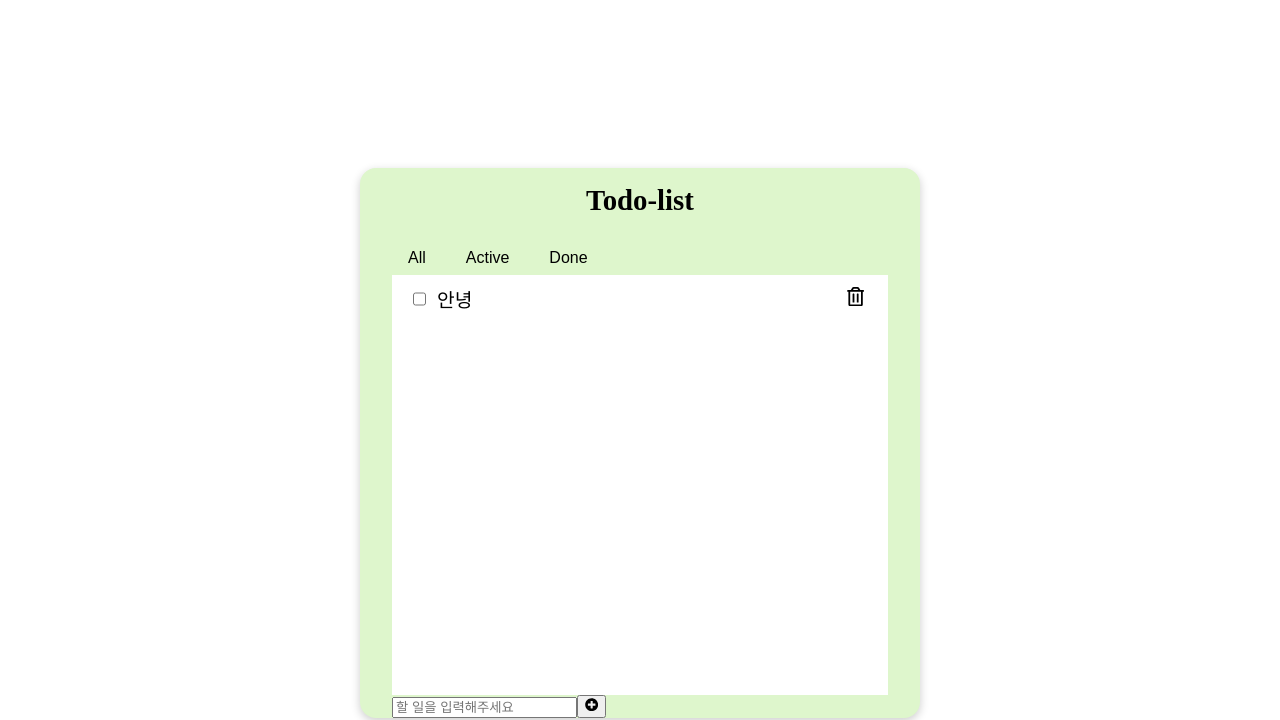
Repository: Yugayoung/todoList
Page: /
These files come from the project's save history. The page is drawn as it stood at one moment and after the next save; the edit follows.
The browser window is 1280 px wide. The pictures show the whole page.
An inner scrolling area shows only its first screen. Some web fonts or font styles are not loaded; a fallback is used. The project was rebuilt for these pictures with package versions that can differ from the ones it lists, and the page was loaded fresh each time. Also part of the build but not shown: src/App.css.

Above is the page before, as saved 2024-03-21 17:22:51.

After the next save:
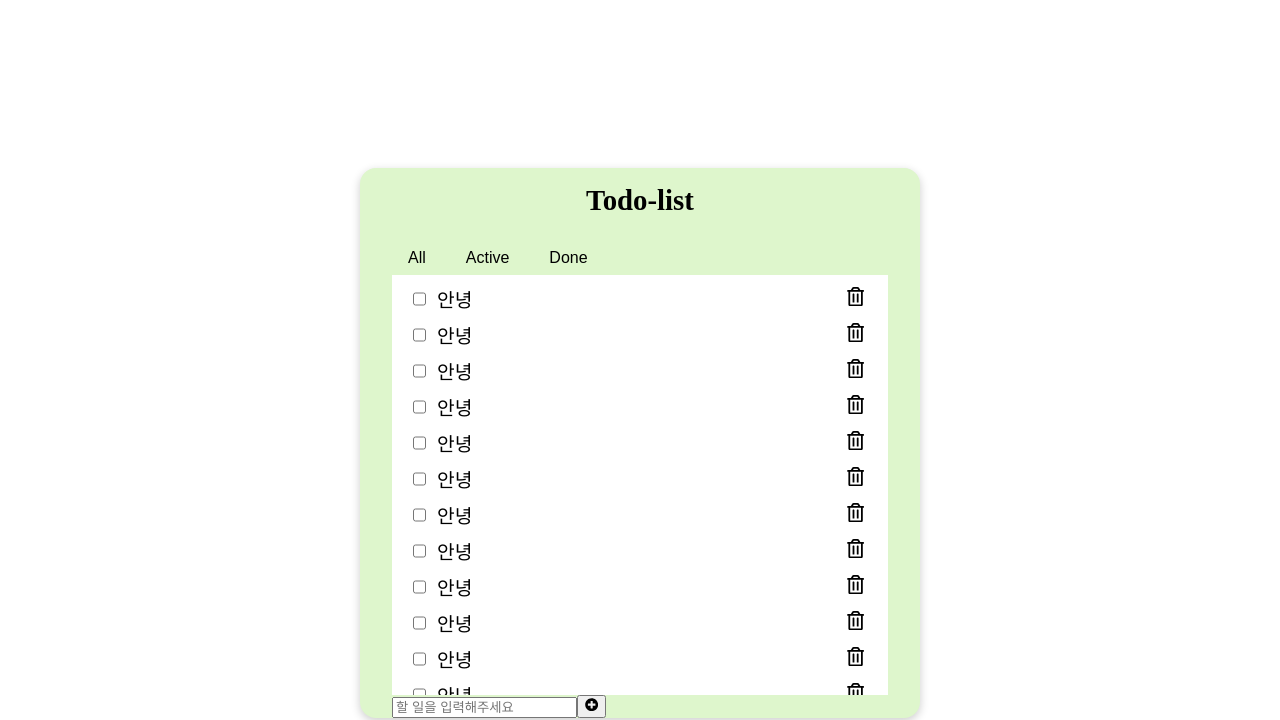
Saved 24 s later.
--- a/src/pages/todo.jsx
+++ b/src/pages/todo.jsx
@@ -82,6 +82,104 @@
               <FaRegTrashAlt />
             </Btn>
           </AddTodoLi>
+          <AddTodoLi>
+            <input type='checkbox' />
+            <Label htmlFor=''>안녕</Label>
+            <Btn>
+              <FaRegTrashAlt />
+            </Btn>
+          </AddTodoLi>
+          <AddTodoLi>
+            <input type='checkbox' />
+            <Label htmlFor=''>안녕</Label>
+            <Btn>
+              <FaRegTrashAlt />
+            </Btn>
+          </AddTodoLi>
+          <AddTodoLi>
+            <input type='checkbox' />
+            <Label htmlFor=''>안녕</Label>
+            <Btn>
+              <FaRegTrashAlt />
+            </Btn>
+          </AddTodoLi>
+          <AddTodoLi>
+            <input type='checkbox' />
+            <Label htmlFor=''>안녕</Label>
+            <Btn>
+              <FaRegTrashAlt />
+            </Btn>
+          </AddTodoLi>
+          <AddTodoLi>
+            <input type='checkbox' />
+            <Label htmlFor=''>안녕</Label>
+            <Btn>
+              <FaRegTrashAlt />
+            </Btn>
+          </AddTodoLi>
+          <AddTodoLi>
+            <input type='checkbox' />
+            <Label htmlFor=''>안녕</Label>
+            <Btn>
+              <FaRegTrashAlt />
+            </Btn>
+          </AddTodoLi>
+          <AddTodoLi>
+            <input type='checkbox' />
+            <Label htmlFor=''>안녕</Label>
+            <Btn>
+              <FaRegTrashAlt />
+            </Btn>
+          </AddTodoLi>
+          <AddTodoLi>
+            <input type='checkbox' />
+            <Label htmlFor=''>안녕</Label>
+            <Btn>
+              <FaRegTrashAlt />
+            </Btn>
+          </AddTodoLi>
+          <AddTodoLi>
+            <input type='checkbox' />
+            <Label htmlFor=''>안녕</Label>
+            <Btn>
+              <FaRegTrashAlt />
+            </Btn>
+          </AddTodoLi>
+          <AddTodoLi>
+            <input type='checkbox' />
+            <Label htmlFor=''>안녕</Label>
+            <Btn>
+              <FaRegTrashAlt />
+            </Btn>
+          </AddTodoLi>
+          <AddTodoLi>
+            <input type='checkbox' />
+            <Label htmlFor=''>안녕</Label>
+            <Btn>
+              <FaRegTrashAlt />
+            </Btn>
+          </AddTodoLi>
+          <AddTodoLi>
+            <input type='checkbox' />
+            <Label htmlFor=''>안녕</Label>
+            <Btn>
+              <FaRegTrashAlt />
+            </Btn>
+          </AddTodoLi>
+          <AddTodoLi>
+            <input type='checkbox' />
+            <Label htmlFor=''>안녕</Label>
+            <Btn>
+              <FaRegTrashAlt />
+            </Btn>
+          </AddTodoLi>
+          <AddTodoLi>
+            <input type='checkbox' />
+            <Label htmlFor=''>안녕</Label>
+            <Btn>
+              <FaRegTrashAlt />
+            </Btn>
+          </AddTodoLi>
         </AddTodoUl>
 
         {/* 할일 입력 */}

After the save that followed:
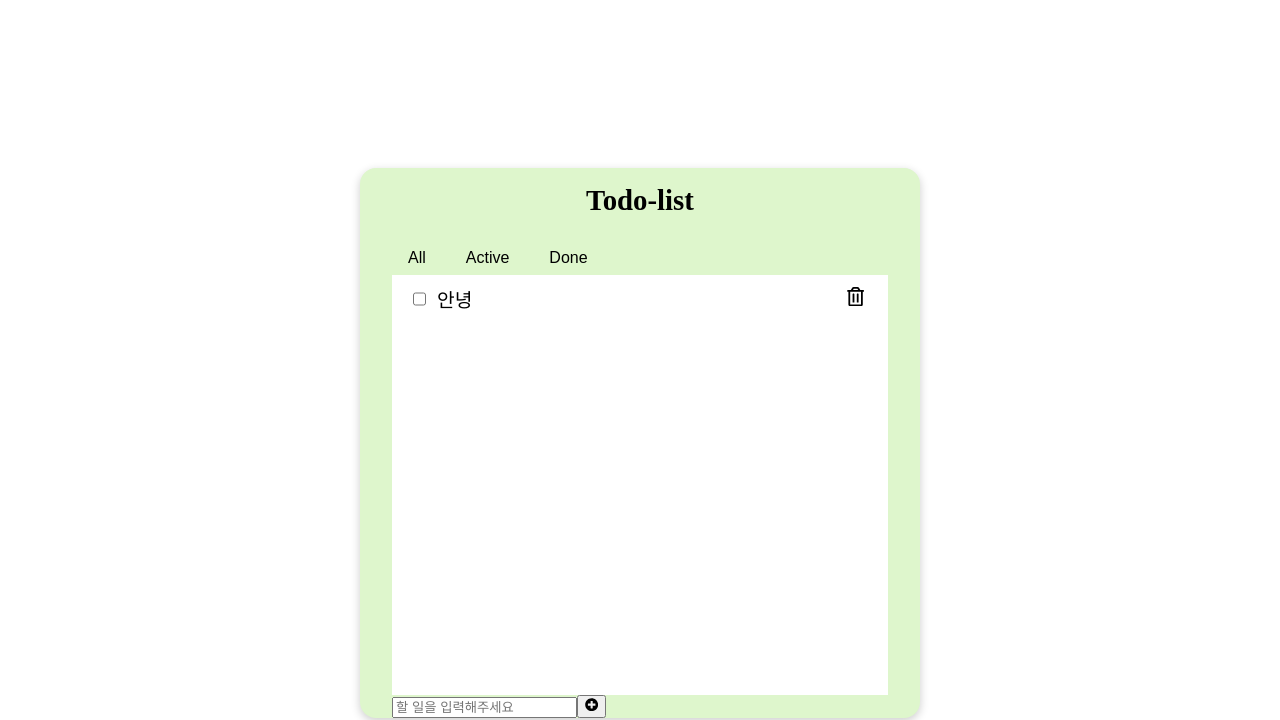
Saved 44 s later.
--- a/src/pages/todo.jsx
+++ b/src/pages/todo.jsx
@@ -82,104 +82,6 @@
               <FaRegTrashAlt />
             </Btn>
           </AddTodoLi>
-          <AddTodoLi>
-            <input type='checkbox' />
-            <Label htmlFor=''>안녕</Label>
-            <Btn>
-              <FaRegTrashAlt />
-            </Btn>
-          </AddTodoLi>
-          <AddTodoLi>
-            <input type='checkbox' />
-            <Label htmlFor=''>안녕</Label>
-            <Btn>
-              <FaRegTrashAlt />
-            </Btn>
-          </AddTodoLi>
-          <AddTodoLi>
-            <input type='checkbox' />
-            <Label htmlFor=''>안녕</Label>
-            <Btn>
-              <FaRegTrashAlt />
-            </Btn>
-          </AddTodoLi>
-          <AddTodoLi>
-            <input type='checkbox' />
-            <Label htmlFor=''>안녕</Label>
-            <Btn>
-              <FaRegTrashAlt />
-            </Btn>
-          </AddTodoLi>
-          <AddTodoLi>
-            <input type='checkbox' />
-            <Label htmlFor=''>안녕</Label>
-            <Btn>
-              <FaRegTrashAlt />
-            </Btn>
-          </AddTodoLi>
-          <AddTodoLi>
-            <input type='checkbox' />
-            <Label htmlFor=''>안녕</Label>
-            <Btn>
-              <FaRegTrashAlt />
-            </Btn>
-          </AddTodoLi>
-          <AddTodoLi>
-            <input type='checkbox' />
-            <Label htmlFor=''>안녕</Label>
-            <Btn>
-              <FaRegTrashAlt />
-            </Btn>
-          </AddTodoLi>
-          <AddTodoLi>
-            <input type='checkbox' />
-            <Label htmlFor=''>안녕</Label>
-            <Btn>
-              <FaRegTrashAlt />
-            </Btn>
-          </AddTodoLi>
-          <AddTodoLi>
-            <input type='checkbox' />
-            <Label htmlFor=''>안녕</Label>
-            <Btn>
-              <FaRegTrashAlt />
-            </Btn>
-          </AddTodoLi>
-          <AddTodoLi>
-            <input type='checkbox' />
-            <Label htmlFor=''>안녕</Label>
-            <Btn>
-              <FaRegTrashAlt />
-            </Btn>
-          </AddTodoLi>
-          <AddTodoLi>
-            <input type='checkbox' />
-            <Label htmlFor=''>안녕</Label>
-            <Btn>
-              <FaRegTrashAlt />
-            </Btn>
-          </AddTodoLi>
-          <AddTodoLi>
-            <input type='checkbox' />
-            <Label htmlFor=''>안녕</Label>
-            <Btn>
-              <FaRegTrashAlt />
-            </Btn>
-          </AddTodoLi>
-          <AddTodoLi>
-            <input type='checkbox' />
-            <Label htmlFor=''>안녕</Label>
-            <Btn>
-              <FaRegTrashAlt />
-            </Btn>
-          </AddTodoLi>
-          <AddTodoLi>
-            <input type='checkbox' />
-            <Label htmlFor=''>안녕</Label>
-            <Btn>
-              <FaRegTrashAlt />
-            </Btn>
-          </AddTodoLi>
         </AddTodoUl>
 
         {/* 할일 입력 */}
